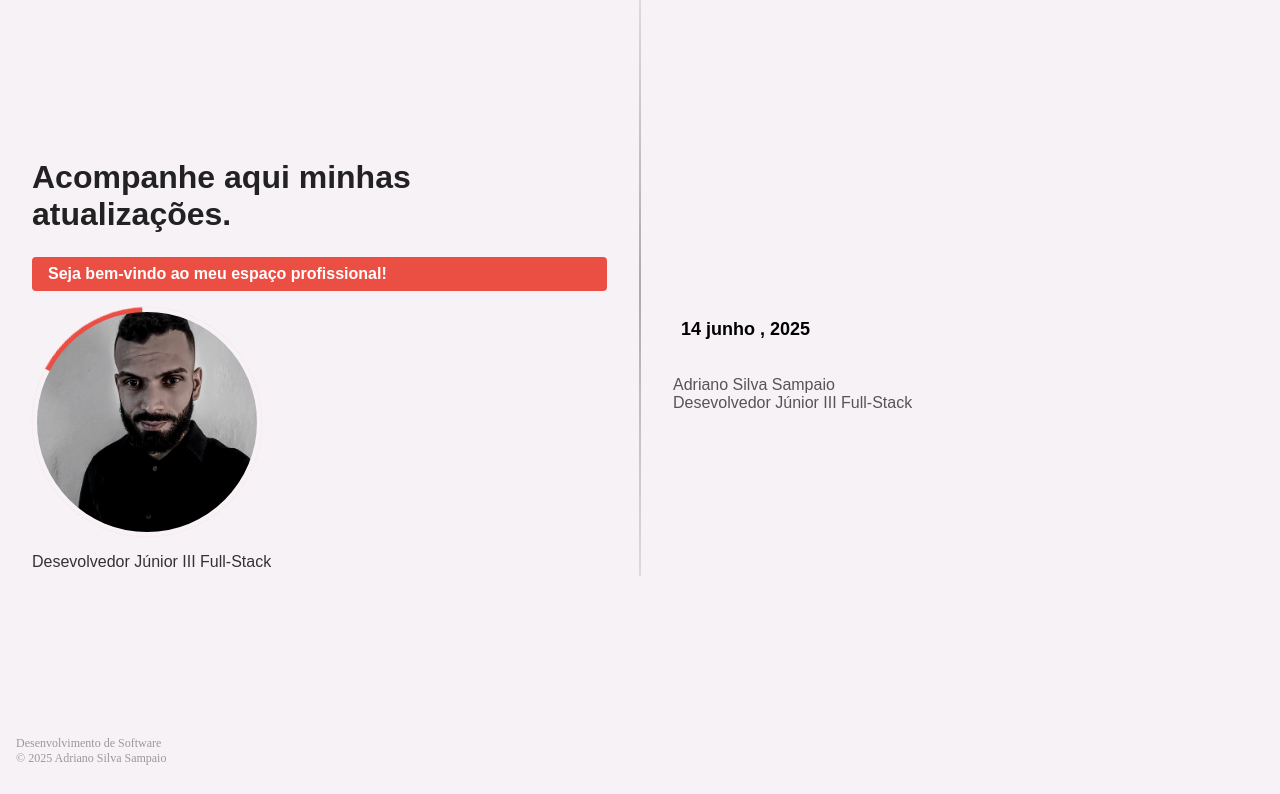
Repository: umdevadriano/portifolio2025
Page: /
An editor plug-in stored every save of this project. The page is shown before and after the next save, followed by the edit.
The browser window is 1280 px wide. The pictures show the whole page.
The project was rebuilt for these pictures with package versions that can differ from the ones it lists, and the page was loaded fresh each time. Also part of the build but not shown: vite.config.ts.

Above is the page before, as saved 2025-06-22 18:30:50.

### index.html
<!doctype html>
<html lang="en">
  <head>
    <meta charset="UTF-8" />
    <!-- <link rel="icon" type="image/svg+xml" href="/vite.svg" /> -->
    <meta name="viewport" content="width=device-width, initial-scale=1.0" />
    <title>Adriano Silva Sampaio </title>
  </head>
  <body>
    <div id="root"></div>
    <script type="module" src="/src/main.tsx"></script>
  </body>
</html>

### src/App.tsx
import './App.css'
import ContainerPrincipal from './componentes/containerPrincipal/ContainerPrincipal'
function App() {
  return (
    <>
      <ContainerPrincipal/>
    </>
  )
}

export default App

### src/componentes/containerPrincipal/ContainerPrincipal.tsx
import styled, { createGlobalStyle } from 'styled-components';
import Body from '../Body/Body';
import Footer from '../Footer/Footer';
const data = new Date();
const ano = data.getFullYear();
function ContainerPrincipal() {
  const GlobalStyle = createGlobalStyle`
    *, *::before, *::after {
    box-sizing: border-box;
    background-color: #f7f2f6;
  }

    html, body {
      margin: 0;
      padding: 0;
      overflow-x: hidden;
      width: 100%;
    }
  `;

  const Principal = styled.div`
    display: flex;
    justify-content: center;
    width: 100%;
    height: 100vh;
    font-family: 'Arial', sans-serif;
    overflow: hidden;
    margin: 0;
    padding: 0;

    /* @media (max-width: 768px) {
      display: flex;
      flex-direction: column;
      justify-items: center;
      justify-content: center;
      align-items: center;
    }

  @media (max-width: 480px) {
    width: 0px;
    height: 0px;
  } */
  `;
  return (
    <>
      <GlobalStyle />
      <Principal>
        <Body/>
      </Principal>
      <Footer>Desenvolvimento de Software<br />© {ano} Adriano Silva Sampaio</Footer>
    </>
  )
}
export default ContainerPrincipal

### src/componentes/Body/Body.tsx
import Principal from '../Principal/Principal';
import Title from '../Title/Title';
import Banner from '../Banner/Banner';
import ProfileWrapper from '../ProfileWrapper/ProfileWrapper';
import SpinnerBorder from '../SpinnerBorder/SpinnerBorder';
import Profile from '../Profile/Profile';
import Role from '../Role/Role';
// import Footer from '../Footer/Footer';
import Divider from '../Divider/Divider';
import RightSide from '../RightSide/RightSide';
import DateComponente from '../DateComponente/DateComponente';
import Description from '../Description/Description';
const data = new Date();
const dia = String(data.getDate()).padStart(2, '0');
const mes = data.toLocaleString('pt-BR', { month: 'long' });
const ano = data.getFullYear();

function Cabecalho() {
  return (
    <>
      <Principal>
        <Title>Acompanhe aqui minhas atualizações.</Title>
        <Banner>Seja bem-vindo ao meu espaço profissional!</Banner>
        <ProfileWrapper>
          <SpinnerBorder/>
          <Profile/>
        </ProfileWrapper>
        <Role> Desevolvedor Júnior III Full-Stack </Role>
      </Principal>
      <Divider />
      <RightSide>
        <DateComponente>{dia}  {mes} , {ano} </DateComponente>
        <Description>
          Adriano Silva Sampaio<br />
          Desevolvedor Júnior III Full-Stack
        </Description>
      </RightSide>
      {/* <Footer>Desenvolvimento de Software<br />© {ano} Adriano Silva Sampaio</Footer> */}
    </>
  )
}
export default Cabecalho

### src/componentes/Footer/Footer.tsx
import styled from 'styled-components';

type Props = {
  children: React.ReactNode;
};

function Footer({ children }: Props){

    const FooterP = styled.p`
        font-size: 12px;
        color: #999;
        margin-top: auto;
    `;
    const FooterDiv = styled.div`
       display: flex;
       justify-content: left;
       align-items: center;
       padding: 1rem;

    `;
    return (
        <>
        <FooterDiv>
            <FooterP>{children}</FooterP>
        </FooterDiv>

        </>
    )
}

export default Footer

### src/componentes/Principal/Principal.tsx
import styled from 'styled-components';

type Props = {
  children: React.ReactNode;
};

function Principal({ children }: Props){

    const Principal_div = styled.div`
        flex: 1;
        padding: 32px;
        display: flex;
        flex-direction: column;
        justify-content: center;
    `;
    return (
        <>
        <Principal_div>  {children}</Principal_div>
        </>
    )
}

export default Principal

### src/componentes/Title/Title.tsx
import styled from 'styled-components';

type Props = {
  children: React.ReactNode;
};

function Title({ children }: Props){

    const TitleH2 = styled.h2`
        font-size: 32px;
        margin-bottom: 24px;
        color: #222;
  `;
    return (
        <>
        <TitleH2>{children}</TitleH2>
        </>
    )
}

export default Title

### src/componentes/Banner/Banner.tsx
import styled from 'styled-components';

type Props = {
  children: React.ReactNode;
};

function Banner({ children }: Props){

    const BannerDiv = styled.div`
        background-color: #eb4f44;
        color: white;
        padding: 8px 16px;
        font-weight: bold;
        font-size: 16px;
        display: inline-block;
        border-radius: 4px;
    `;
    return (
        <>
        <BannerDiv>{children}</BannerDiv>
        </>
    )
}

export default Banner

### src/componentes/ProfileWrapper/ProfileWrapper.tsx
import styled from 'styled-components';

type Props = {
  children: React.ReactNode;
};

function ProfileWrapper({ children }: Props){

  // Wrapper da imagem com efeito de borda girando
  const ProfileWrapperDiv = styled.div`
    position: relative;
    width: 230px;
    height: 230px;
    display: flex;
    align-items: center;
    margin-top:1rem;
    justify-content: center;
  `;

    return (
        <>
        <ProfileWrapperDiv>{children}</ProfileWrapperDiv>
        </>
    )
}

export default ProfileWrapper

### src/componentes/SpinnerBorder/SpinnerBorder.tsx
import styled, { keyframes } from 'styled-components';

const rotate = keyframes`
  0% {
    transform: rotate(0deg);
  }
  100% {
    transform: rotate(360deg);
  }
`;

const SpinnerBorderDiv = styled.div`
  position: absolute;
  top: 0;
  left: 0;
  z-index: 0;
  pointer-events: none;
  animation: ${rotate} 3s linear infinite;
  border-radius: 50%;
  background: conic-gradient(
    #eb4f44 0deg 60deg,
    transparent 60deg 360deg
  );
  mask: radial-gradient(transparent 48%, #000 52%);
  -webkit-mask: radial-gradient(transparent 48%, #000 52%);
  box-shadow: 0 0 6px rgba(235, 79, 68, 0.5);
    width: 230px;
    height: 230px;

  @media (max-width: 768px) {
    width: 0px;
    height: 0px;

  }

  @media (max-width: 480px) {
    width: 0px;
    height: 0px;
  }
`;

function SpinnerBorder() {
  return <SpinnerBorderDiv />;
}

export default SpinnerBorder;

### src/componentes/Profile/Profile.tsx
import styled from 'styled-components';
import foto from '../assets/foto2.png'

function Profile(){

    const ProfileImg = styled.img`
        width: 220px;
        height: 220px;
        border-radius: 50%;
        object-fit: cover;
        background-color: white;
        z-index: 1;
        filter: grayscale(60%) contrast(110%);
        @media (max-width: 768px) {
            width: 200px;
            height: 200px;
        }
        @media (max-width: 480px) {
            width: 200px;
            height: 200px;
        }
    `;
    return (
        <>
        <ProfileImg src={foto} alt="Foto de perfil"></ProfileImg>
        </>
    )
}

export default Profile

### src/componentes/Role/Role.tsx
import styled from 'styled-components';

type Props = {
  children: React.ReactNode;
};

function Role({ children }: Props){
    const RoleP = styled.p`
        font-size: 16px;
        font-weight: 500;
        color: #333;
    `;
    return (
        <>
        <RoleP>{children}</RoleP>
        </>
    )
}
export default Role

### src/componentes/Divider/Divider.tsx
import styled from 'styled-components';

function Divider(){

    const DividerDiv = styled.div`
        width: 2px;
        height: 80%;
        background: linear-gradient(
            to bottom,
            rgba(0, 0, 0, 0.1),
            rgba(0, 0, 0, 0.3),
            rgba(0, 0, 0, 0.1)
        );
        border-radius: 1px;
        position: relative;
        overflow: hidden;
        &::after {
            content: "";
            position: absolute;
            top: 0;
            left: 0;
            width: 100%;
            height: 100%;
            background: linear-gradient(
                to bottom,
                transparent 40%,
                rgba(255, 255, 255, 0.7) 50%,
                transparent 60%
            );
                animation: shine 3.8s linear infinite;
                pointer-events: none;
         }

        @keyframes shine {
            0% {
            transform: translateY(-100%);
            }
            100% {
            transform: translateY(100%);
            }
        }
    `;
    return (
        <>
        <DividerDiv></DividerDiv>
        </>
    )
}

export default Divider

### src/componentes/RightSide/RightSide.tsx
import styled from 'styled-components';
type Props = {
  children: React.ReactNode;
};

function RightSide({ children }: Props){
    const RightSideDiv = styled.div`
        flex: 1;
        padding: 32px;
        display: flex;
        flex-direction: column;
        justify-content: center;
    `;

    return (
        <>
        <RightSideDiv>{children}</RightSideDiv>
        </>
    )
}

export default RightSide

### src/componentes/DateComponente/DateComponente.tsx
import styled from 'styled-components';
type Props = {
  children: React.ReactNode;
};
function Date({ children }: Props){
    const DateP = styled.p`
        font-size: 18px;
        font-weight: bold;
        margin-bottom: 12px;
        padding: 0.5rem;
    `;
    return (
        <>
        <DateP>{children}</DateP>
        </>
    )
}
export default Date

### src/componentes/Description/Description.tsx
import styled from 'styled-components';
type Props = {
  children: React.ReactNode;
};
function Description({ children }: Props){
const DescriptionP = styled.p`
  font-size: 16px;
  color: #555;
  position: relative;

  &::after {
    content: "";
    position: absolute;
    left: 0;
    bottom: 0;
    width: 100%;
    height: 2px;
    border-radius: 1px;
    overflow: hidden;
  }

  &::before {
    content: "";
    position: absolute;
    left: 0;
    bottom: 0;
    width: 9%;
    height: 2px;
       background: linear-gradient(
      to right,
      rgba(0, 0, 0, 0.1),
      rgba(0, 0, 0, 0.3),
      rgba(0, 0, 0, 0.1)
    );
    animation: shine 5.5s linear infinite alternate;
    border-radius: 1px;
    pointer-events: none;
  }

  @keyframes shine {
    0% {
      transform: translateX(-10%);
    }
    100% {
      transform: translateX(200%);
    }
  }
`;
    return (
        <>
        <DescriptionP>{children}</DescriptionP>
        </>
    )
}
export default Description

Loaded but not shown: src/main.tsx (common file); src/App.css (no stored copy; drawn as an empty file); src/index.css (no stored copy; drawn as an empty file)

After the next save:
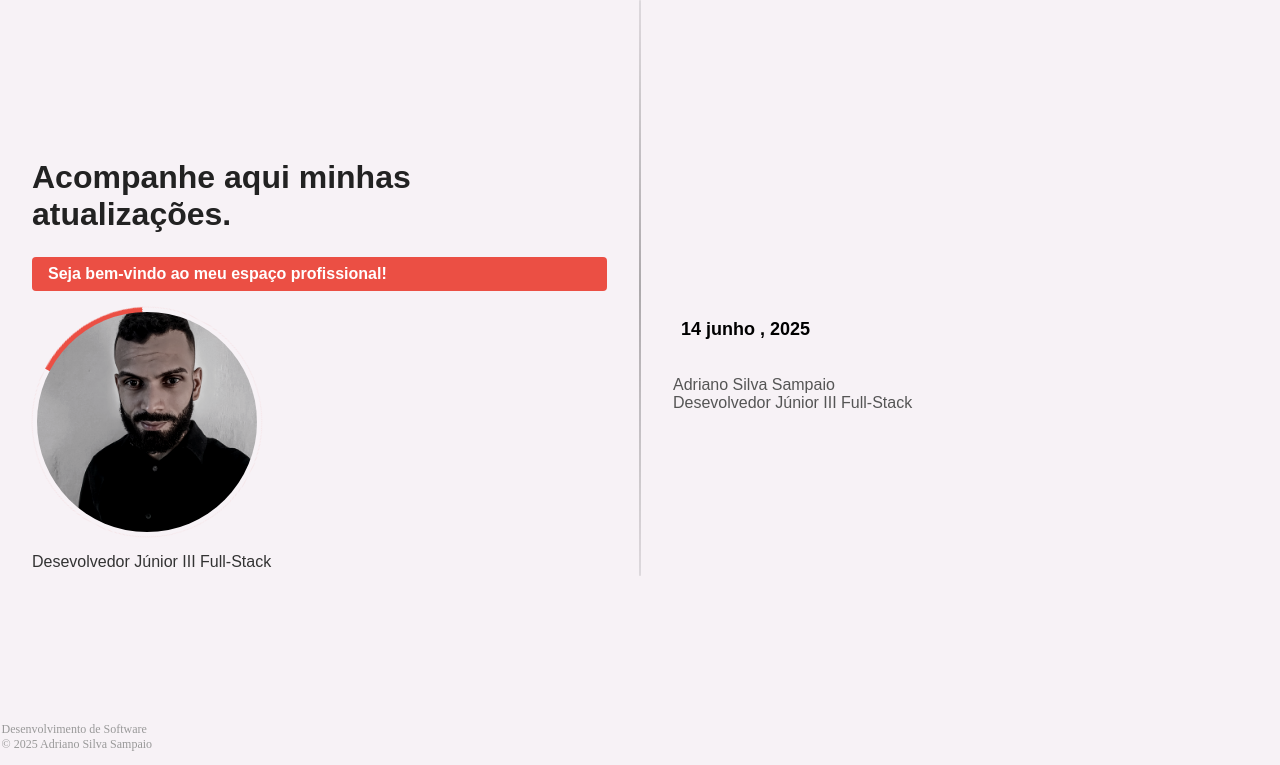
Saved 22 s later.
--- a/src/componentes/Footer/Footer.tsx
+++ b/src/componentes/Footer/Footer.tsx
@@ -15,7 +15,7 @@ function Footer({ children }: Props){
        display: flex;
        justify-content: left;
        align-items: center;
-       padding: 1rem;
+       padding: 0.1rem;
 
     `;
     return (
